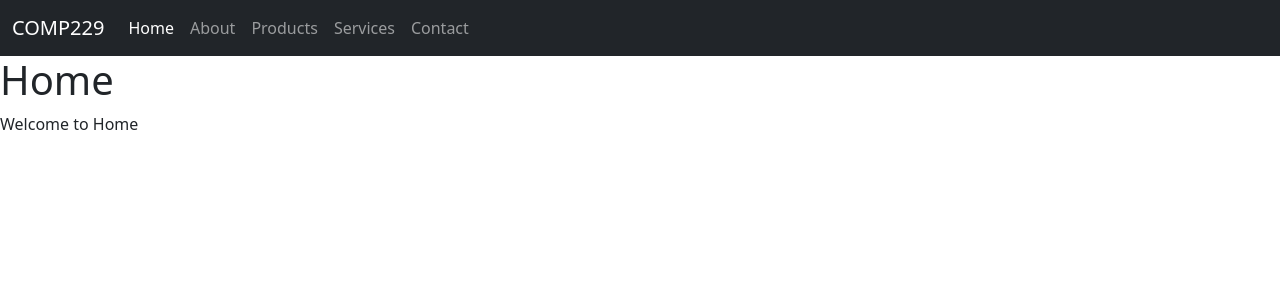
Repository: BlessingAjiboye/WEEK3DEP
Page: http://localhost/
The author's editor kept a copy of each file at every save. The page is drawn from the files as they stood at one save, then again after the next save.
The browser window is 1280 px wide. The pictures show the whole page.
The page is served by the project's Node server (server.js).

Above is the page before, as saved 2022-09-20 18:44:50.

After the next save:
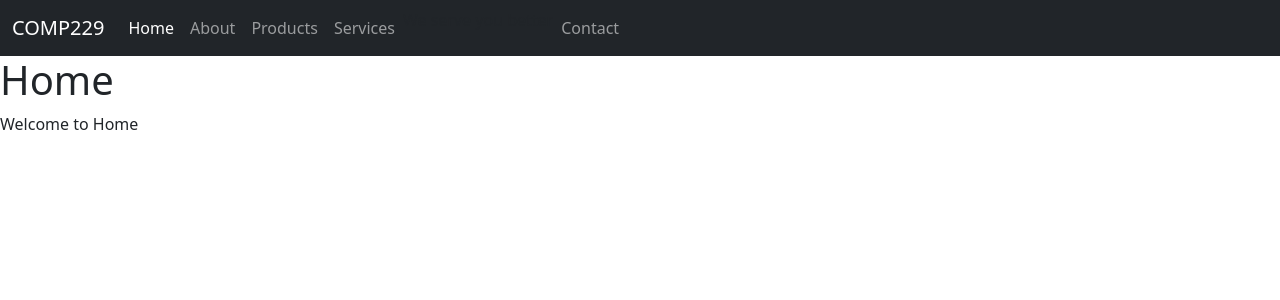
Saved 80 min 26 s later.
--- a/views/index.ejs
+++ b/views/index.ejs
@@ -33,6 +33,9 @@
           <li class="nav-item">
             <a class="nav-link" href="services">Services</a>
           </li>
+          <body>
+            <p>We serve you better</p>
+            </body>
 
           <li class="nav-item">
             <a class="nav-link" href="contact">Contact</a>

After the save that followed:
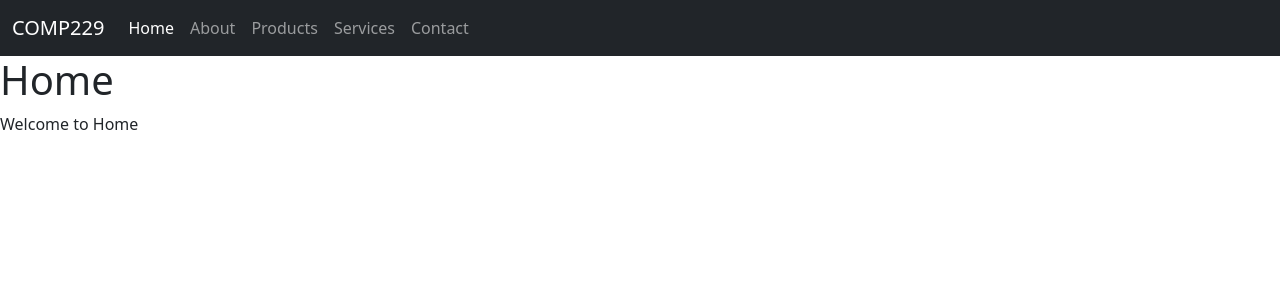
Saved 34 s later.
--- a/views/index.ejs
+++ b/views/index.ejs
@@ -33,9 +33,6 @@
           <li class="nav-item">
             <a class="nav-link" href="services">Services</a>
           </li>
-          <body>
-            <p>We serve you better</p>
-            </body>
 
           <li class="nav-item">
             <a class="nav-link" href="contact">Contact</a>
